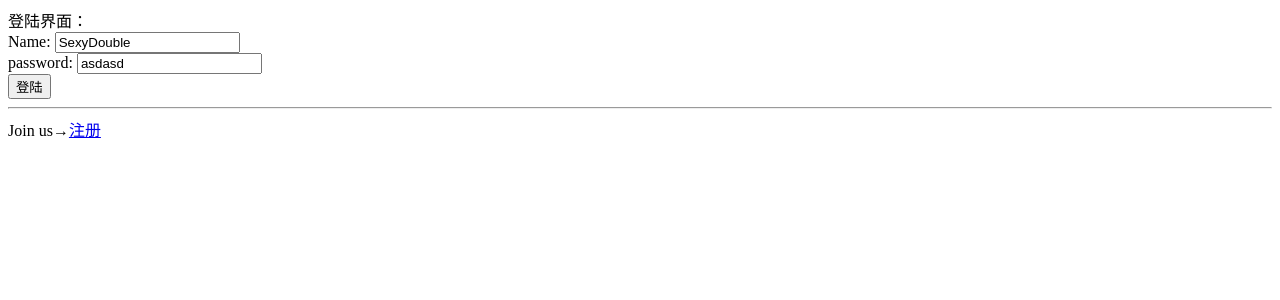
Repository: hbisheng/Academic-portal-website
Page: http://localhost/NewInfo/account/login.jsp
These files come from the project's save history. The page is drawn as it stood at one moment and after a run of saves; the edit follows.
The browser window is 1280 px wide. The pictures show the whole page.
The page is served by Tomcat 9. Other server files are loaded and not shown.

Above is the page before, as saved 2014-09-20 23:06:17.

### Java_info/NewInfo/WebContent/account/login.jsp
<%@page import="mail.MailTest" %>
<%@page import="edu.thu.cs.*"%>
<%@page import="jdbc.*"%>

<%@ page language="java" contentType="text/html; charset=UTF-8"
    pageEncoding="UTF-8"%>
<!DOCTYPE html PUBLIC "-//W3C//DTD HTML 4.01 Transitional//EN" "http://www.w3.org/TR/html4/loose.dtd">
<html>
<head>
<meta http-equiv="Content-Type" content="text/html; charset=UTF-8">
<title>Insert title here</title>
</head>
<body>

	<form name="登陆"action="login.jsp" method="post">
	登陆界面：
	<br/>
	Name:
	<input type="text" name="name" value = "SexyDouble"/>
	<br />
	password:
	<input type="text" name="password" value= "asdasd" />
	<br/>
	<input type="submit" value="登陆" />
	</form>
<%
		try {
			String a = request.getParameter("name");
			String b = request.getParameter("password");
			if(a != null && b != null){
				JdbcDao jdbc = new JdbcDao();
				User tmp = new User(); tmp.account = a;
				User tar = jdbc.getUser(tmp);
				if(tar != null)
					if(tar.password.equals(b))
					{
						%><br>你好！<%=tar.realname%> <br>过一秒钟后自动跳转到主页<%
						session.setAttribute("user", tar);
						response.setHeader("refresh","1;url=../home.jsp");
					}
			}
		} catch (Exception e) {
			System.out.println(e);
		}
%>

<hr>Join us→<a href="register.jsp">注册</a>
</body>
</html>

After the next 4 saves:
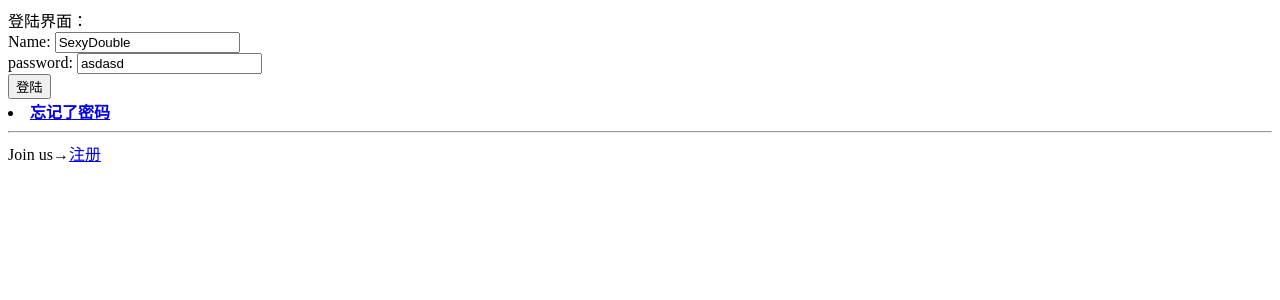
The 4 saves are shown as one change because 1 did not build or start and some came seconds apart.
The last was saved 72 s later.
--- a/Java_info/NewInfo/WebContent/account/login.jsp
+++ b/Java_info/NewInfo/WebContent/account/login.jsp
@@ -23,6 +23,8 @@
 	<br/>
 	<input type="submit" value="登陆" />
 	</form>
+
+	<li><a href="account/register.jsp"><b>忘记了密码</b></a></li>
 <%
 		try {
 			String a = request.getParameter("name");
